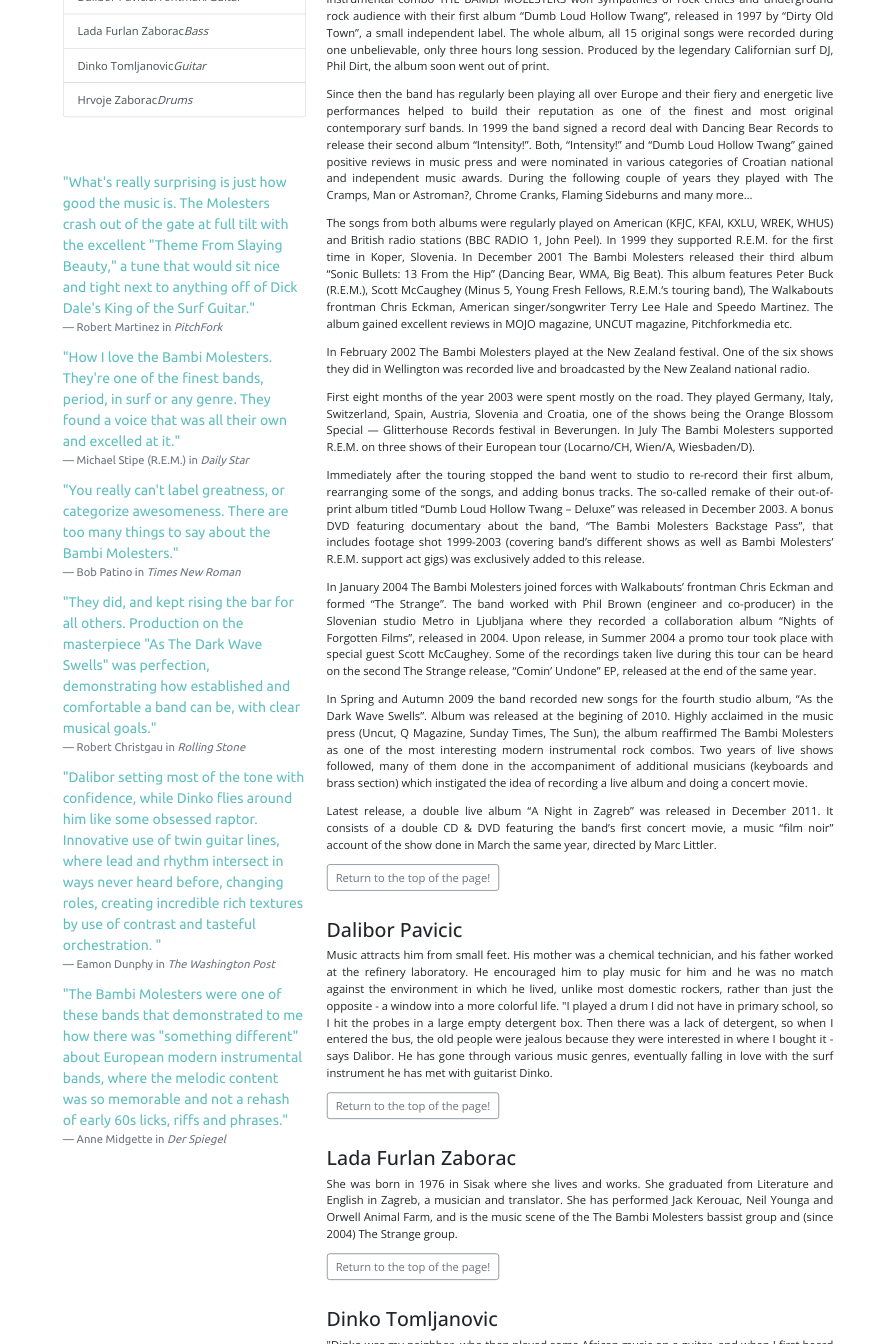
Repository: NamcorStudent/Stream_1_Project_HTML5-CSS3
Page: about.html
The author's editor kept a record of every edit. The page is drawn from the files as they stood at one moment, then again after the next edit.
The browser window is 1280 px wide. The pictures show the part of the page from y = 711 to 2631 px (the page is 3039 px tall), at 70% of full size.
Some web libraries are served in a nearby version.

Above is the page before.

After the next edit:
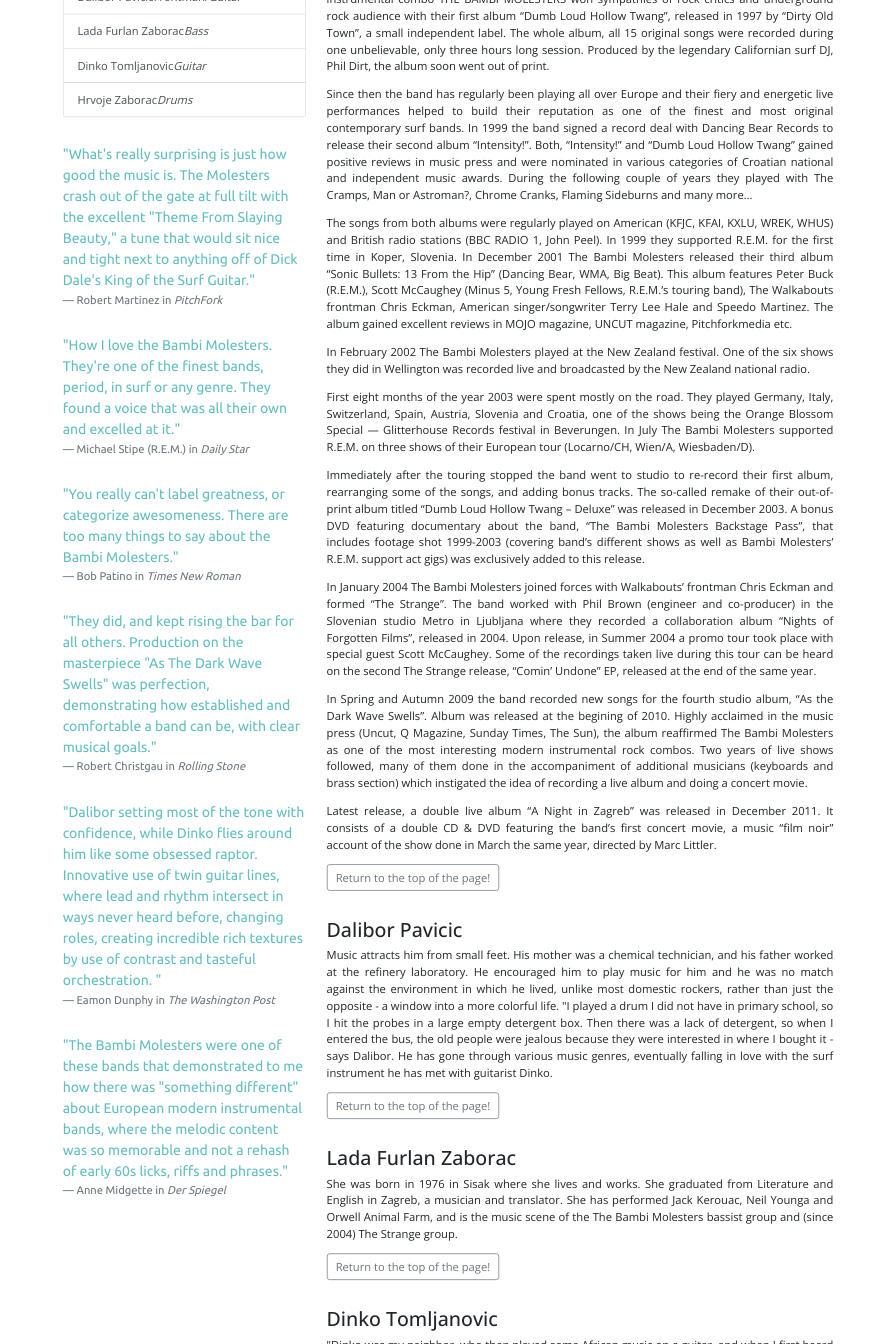
The edit:
--- a/assets/css/style.css
+++ b/assets/css/style.css
@@ -201,8 +201,11 @@
 .quotes{
     font-family: "ubuntu", sans-serif;
     color: #61bebf;
-    margin-top: 6vw;
     font-size: 1.40rem;
+}
+
+.quotes .blockquote{
+    margin-top: 3vw;
 }
 
 .btn-outline-secondary{
